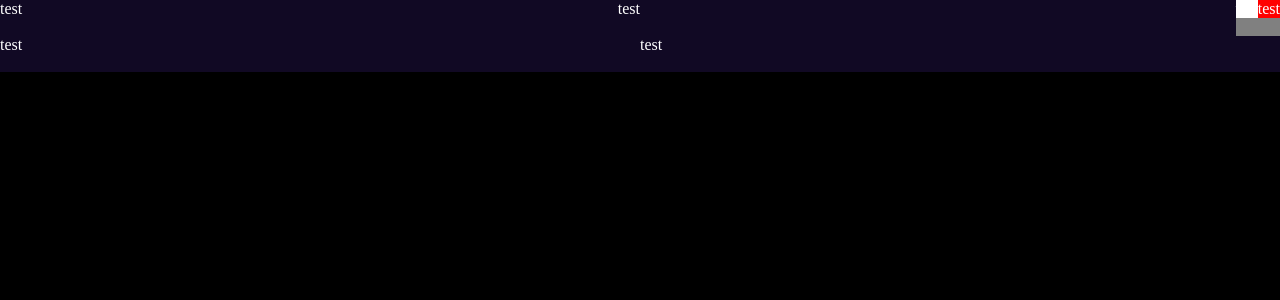
Repository: Ethan-OF/L3DTS-Web-Design
Page: index.html
The author's editor kept a copy of each file at every save. The page is drawn from the files as they stood at one save, then again after the next save.
The browser window is 1280 px wide. The pictures show the whole page.

Above is the page before, as saved 2023-08-24 23:36:45.

### index.html
<!DOCTYPE html>
<!--[if lt IE 7]>      <html class="no-js lt-ie9 lt-ie8 lt-ie7"> <![endif]-->
<!--[if IE 7]>         <html class="no-js lt-ie9 lt-ie8"> <![endif]-->
<!--[if IE 8]>         <html class="no-js lt-ie9"> <![endif]-->
<!--[if gt IE 8]>      <html class="no-js"> <!--<![endif]-->
<html>
    <head>
        <meta charset="utf-8">
        <meta http-equiv="X-UA-Compatible" content="IE=edge">
        <title></title>
        <meta name="description" content="">
        <meta name="viewport" content="width=device-width, initial-scale=1">
        <link rel="stylesheet" href="./Recources/core.css">
    </head>
    <body>
        <div class="navigation">
            <div class="navgroup">test</div>
            <div class="navgroup">test</div>
            <div class="image">test</div>
            <div class="bottomText">test</div>
        </div>


        <!--[if lt IE 7]>
            <p class="browsehappy">You are using an <strong>outdated</strong> browser. Please <a href="#">upgrade your browser</a> to improve your experience.</p>
        <![endif]-->

        <script src="" async defer></script>
    </body>
</html>
<!DOCTYPE html>
<!--[if lt IE 7]>      <html class="no-js lt-ie9 lt-ie8 lt-ie7"> <![endif]-->
<!--[if IE 7]>         <html class="no-js lt-ie9 lt-ie8"> <![endif]-->
<!--[if IE 8]>         <html class="no-js lt-ie9"> <![endif]-->
<!--[if gt IE 8]>      <html class="no-js"> <!--<![endif]-->
<html>
    <head>
        <meta charset="utf-8">
        <meta http-equiv="X-UA-Compatible" content="IE=edge">
        <title></title>
        <meta name="description" content="">
        <meta name="viewport" content="width=device-width, initial-scale=1">
        <link rel="stylesheet" href="./Recources/core.css">
    </head>
    <body>
        <div class="navigation">
            <div class="navgroup">test</div>
            <div class="navgroup">test</div>
            <div class="image"></div>
            <div class="bottomText"></div>
        </div>


        <!--[if lt IE 7]>
            <p class="browsehappy">You are using an <strong>outdated</strong> browser. Please <a href="#">upgrade your browser</a> to improve your experience.</p>
        <![endif]-->

        <script src="" async defer></script>
    </body>
</html>

### Recources/core.css
body {
    background-color: black;
    color: white;
    padding: 0px;
    margin: 0px;
  }

.navigation {
  display: flex;
  align-items: left;

  background-color: grey;
  height: 5vh;
  width: 100%;
  padding-left: 0px;
  border: 0px;
}

.navgroup {
  width: 50%;
	height: 100%;
	background-color: rgb(17, 9, 36);
	order: 0;
	display: flex;
}

.image {
  background-color: white;
  height: 50%;
}

.bottomText {
  background-color: red;
  height: 50%;
}

After the next save:
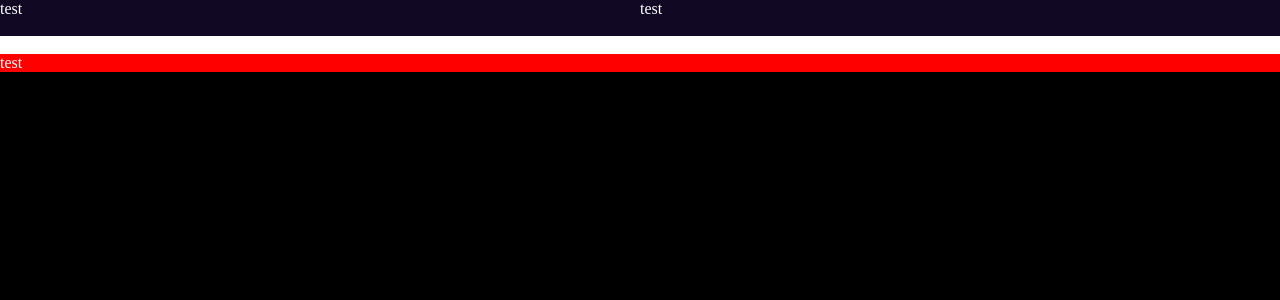
Saved 11 s later.
--- a/index.html
+++ b/index.html
@@ -16,9 +16,10 @@
         <div class="navigation">
             <div class="navgroup">test</div>
             <div class="navgroup">test</div>
-            <div class="image">test</div>
-            <div class="bottomText">test</div>
         </div>
+
+        <div class="image">test</div>
+        <div class="bottomText">test</div>
 
 
         <!--[if lt IE 7]>
@@ -28,33 +29,3 @@
         <script src="" async defer></script>
     </body>
 </html>
-<!DOCTYPE html>
-<!--[if lt IE 7]>      <html class="no-js lt-ie9 lt-ie8 lt-ie7"> <![endif]-->
-<!--[if IE 7]>         <html class="no-js lt-ie9 lt-ie8"> <![endif]-->
-<!--[if IE 8]>         <html class="no-js lt-ie9"> <![endif]-->
-<!--[if gt IE 8]>      <html class="no-js"> <!--<![endif]-->
-<html>
-    <head>
-        <meta charset="utf-8">
-        <meta http-equiv="X-UA-Compatible" content="IE=edge">
-        <title></title>
-        <meta name="description" content="">
-        <meta name="viewport" content="width=device-width, initial-scale=1">
-        <link rel="stylesheet" href="./Recources/core.css">
-    </head>
-    <body>
-        <div class="navigation">
-            <div class="navgroup">test</div>
-            <div class="navgroup">test</div>
-            <div class="image"></div>
-            <div class="bottomText"></div>
-        </div>
-
-
-        <!--[if lt IE 7]>
-            <p class="browsehappy">You are using an <strong>outdated</strong> browser. Please <a href="#">upgrade your browser</a> to improve your experience.</p>
-        <![endif]-->
-
-        <script src="" async defer></script>
-    </body>
-</html>
